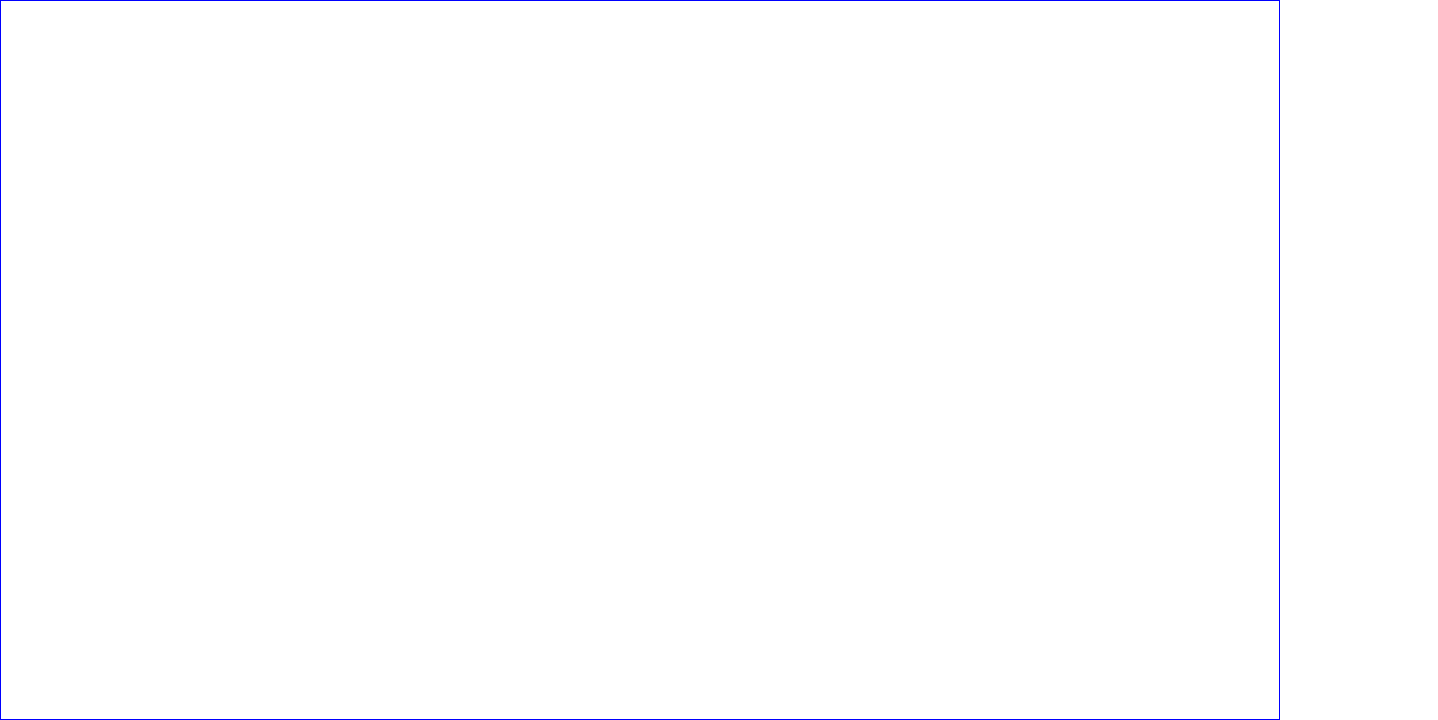
Repository: Lixianlai-2/Canvas-demo
Page: index.html
The author's editor kept a copy of each file at every save. The page is drawn from the files as they stood at one save, then again after the next save.
The browser window is 1280 px wide. The page is 1280 px wide, then 1438 px, so the pictures cover 1438 px, including what lies to the right of the window. The pictures show the whole page.

Above is the page before, as saved 2021-12-19 09:29:46.

### index.html
<!DOCTYPE html>
<html lang="en">
  <head>
    <meta charset="UTF-8" />
    <meta http-equiv="X-UA-Compatible" content="IE=edge" />
    <meta name="viewport" content="width=device-width, initial-scale=1.0" />
    <link rel="stylesheet" href="/style.css" />
    <script defer src="/main.js"></script>
    <title>Document</title>
  </head>
  <body>
    <div id="canvass"></div>
  </body>
</html>

### style.css
* {
  margin: 0;
  padding: 0;
  box-sizing: border-box;
}

#canvass {
  border: 1px solid blue;
  height: 100vh;
}

### main.js
canvass.onclick = (e) => {
  console.log(e);
  console.log(e.clientX);
  console.log(e.clientY);

  let div = document.createElement("div");
  // 如果不在canvass里添加div，那么这个div是添加在内存里
  canvass.appendChild(div);
  // ----------------------------------
  // 制作圆点样式
  div.style.border = "1px solid red";
  div.style.height = "20px";
  div.style.width = "20px";
  div.style.background = "red";
  div.style.borderRadius = "50%";
  // -----------------------------------
  // 进行定位
  div.style.position = "absolute";
  // 注意需要加上'px'
  div.style.top = e.clientY + "px";
  div.style.left = e.clientX + "px";

  // 让点击处处于中心
  div.style.marginTop = "-10px";
  div.style.marginLeft = "-10px";

  // -------------------------------------
};

After the next save:
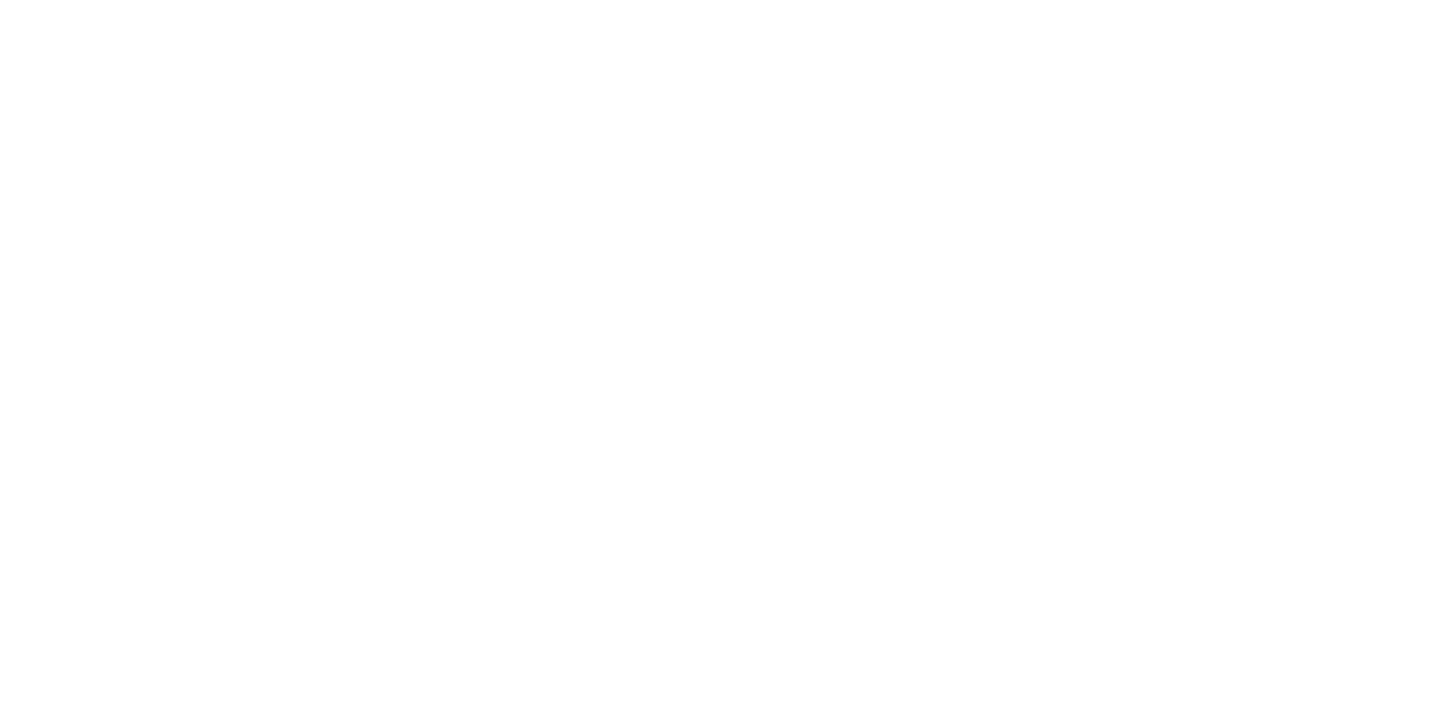
Console error: ReferenceError: canvass is not defined
Saved 23 min 26 s later.
--- a/index.html
+++ b/index.html
@@ -9,6 +9,6 @@
     <title>Document</title>
   </head>
   <body>
-    <div id="canvass"></div>
+    <canvas id="canvas"></canvas>
   </body>
 </html>

After the 2 saves that followed:
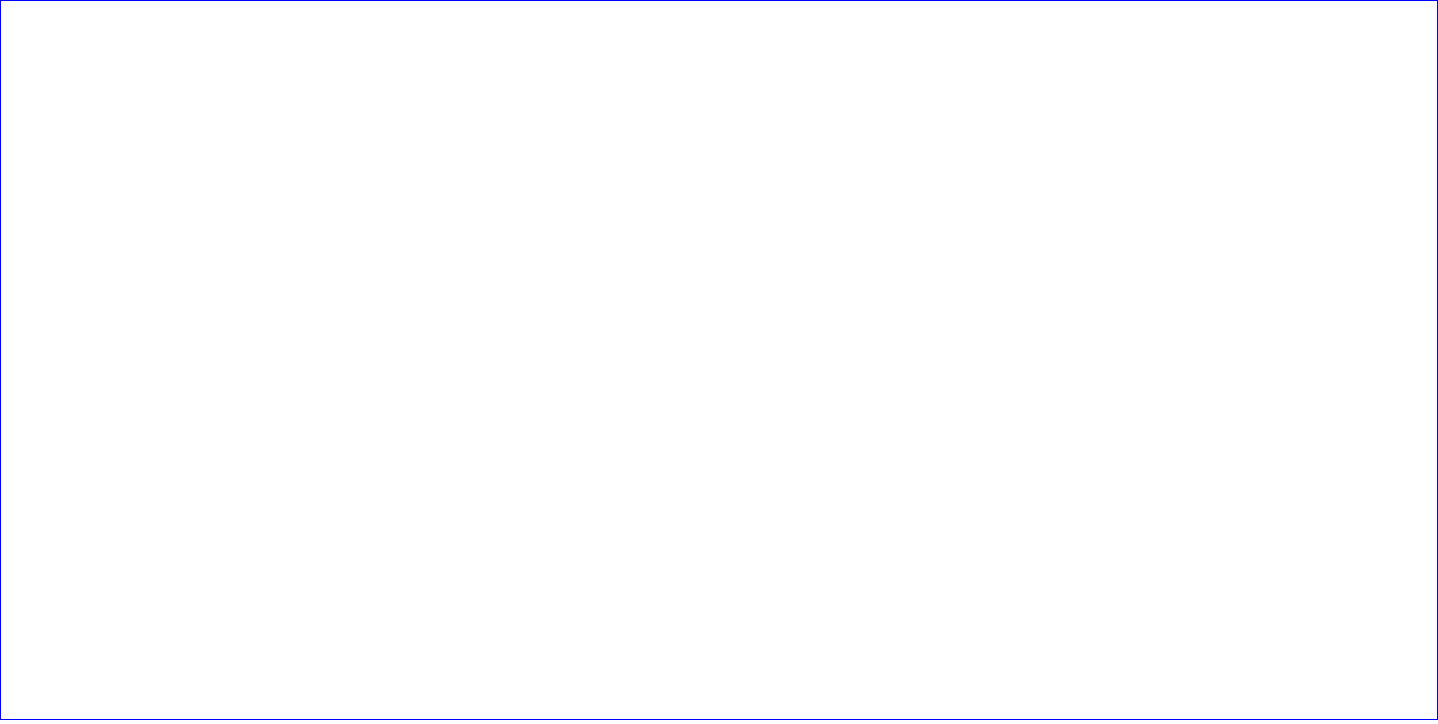
The error is gone.
The 2 saves are shown as one change because 1 left the picture as it was.
The last was saved 84 s later.
--- a/style.css
+++ b/style.css
@@ -4,7 +4,7 @@
   box-sizing: border-box;
 }
 
-#canvass {
+#canvas {
   border: 1px solid blue;
   height: 100vh;
 }
--- a/main.js
+++ b/main.js
@@ -1,28 +1,28 @@
-canvass.onclick = (e) => {
-  console.log(e);
-  console.log(e.clientX);
-  console.log(e.clientY);
+// canvass.onclick = (e) => {
+//   console.log(e);
+//   console.log(e.clientX);
+//   console.log(e.clientY);
 
-  let div = document.createElement("div");
-  // 如果不在canvass里添加div，那么这个div是添加在内存里
-  canvass.appendChild(div);
-  // ----------------------------------
-  // 制作圆点样式
-  div.style.border = "1px solid red";
-  div.style.height = "20px";
-  div.style.width = "20px";
-  div.style.background = "red";
-  div.style.borderRadius = "50%";
-  // -----------------------------------
-  // 进行定位
-  div.style.position = "absolute";
-  // 注意需要加上'px'
-  div.style.top = e.clientY + "px";
-  div.style.left = e.clientX + "px";
+//   let div = document.createElement("div");
+//   // 如果不在canvass里添加div，那么这个div是添加在内存里
+//   canvass.appendChild(div);
+//   // ----------------------------------
+//   // 制作圆点样式
+//   div.style.border = "1px solid red";
+//   div.style.height = "20px";
+//   div.style.width = "20px";
+//   div.style.background = "red";
+//   div.style.borderRadius = "50%";
+//   // -----------------------------------
+//   // 进行定位
+//   div.style.position = "absolute";
+//   // 注意需要加上'px'
+//   div.style.top = e.clientY + "px";
+//   div.style.left = e.clientX + "px";
 
-  // 让点击处处于中心
-  div.style.marginTop = "-10px";
-  div.style.marginLeft = "-10px";
+//   // 让点击处处于中心
+//   div.style.marginTop = "-10px";
+//   div.style.marginLeft = "-10px";
 
-  // -------------------------------------
-};
+//   // -------------------------------------
+// };
